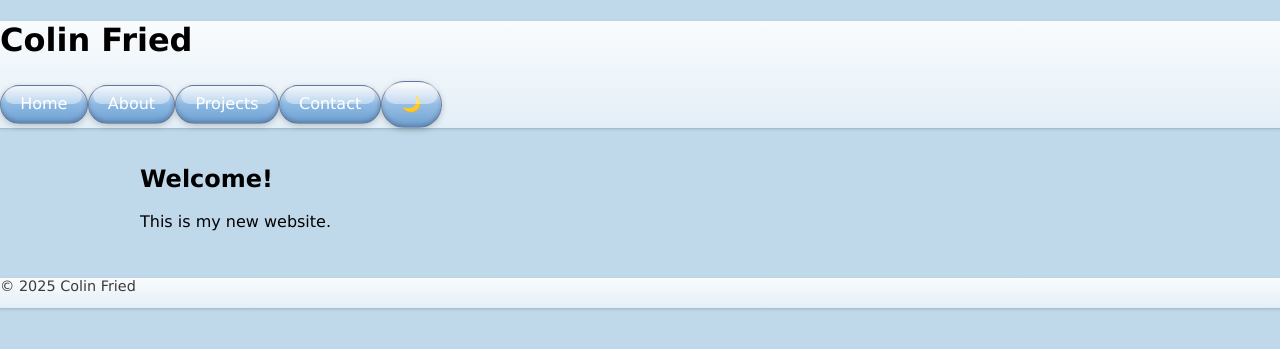
Repository: colinfdsaui/colin
Page: website.html
These files come from the project's save history. The page is drawn as it stood at one moment and after the next save; the edit follows.
The browser window is 1280 px wide. The pictures show the whole page.

Above is the page before, as saved 2025-07-09 08:51:06.

After the next save:
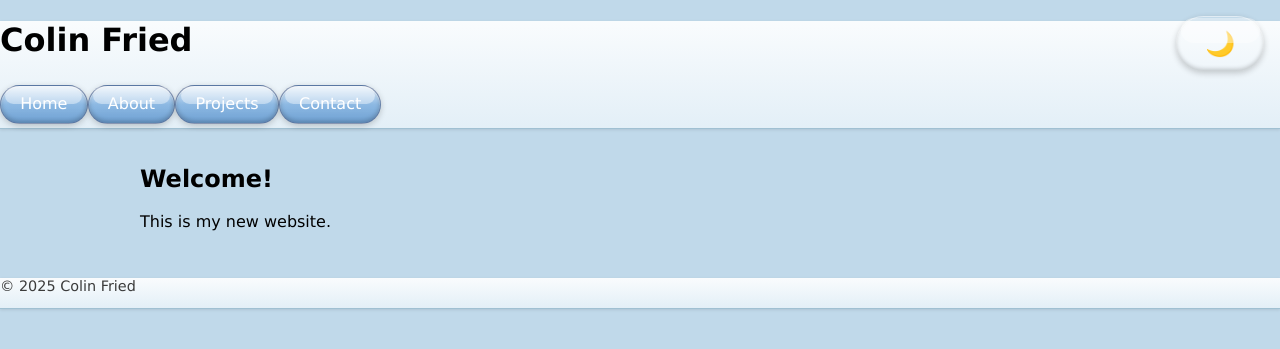
Saved 53 s later.
--- a/styles.css
+++ b/styles.css
@@ -29,6 +29,17 @@ html[data-theme="dark"] {
   --color-text-inverse:    #000000;   /* for buttons on dark bg */
   --color-border:          #3a3e50;   /* subtle divider */
   --color-shadow:          rgba(0,0,0,0.5);
+}
+
+#theme-toggle {
+  position: fixed;
+  top: 1rem;
+  right: 1rem;
+  background: transparent;
+  border: none;
+  font-size: 1.5rem;
+  cursor: pointer;
+  color: var(--color-text-primary);
 }
 
 body {
